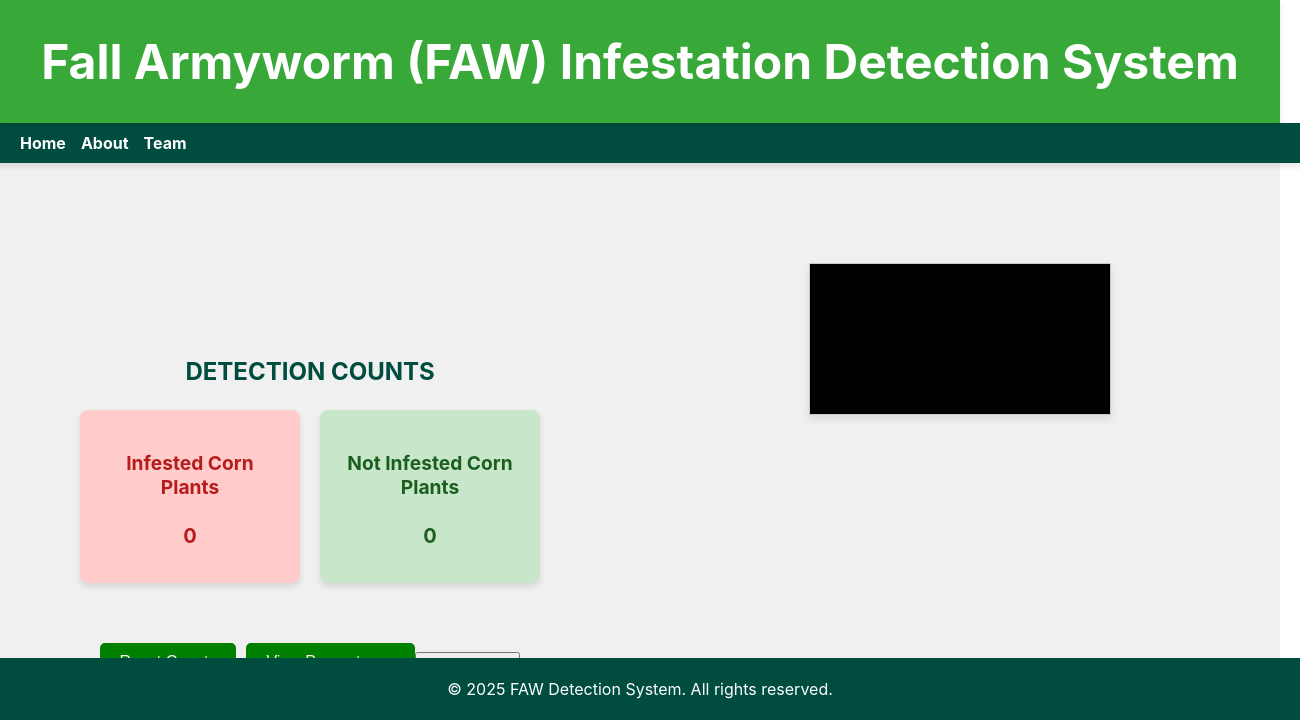
Repository: jansen223/faw-detection-main
Page: /
An editor plug-in stored every save of this project. The page is shown before and after the next save, followed by the edit.
The browser window is 1280 px wide. The page is 1300 px wide, so the pictures cover 1300 px, including what lies to the right of the window. The pictures show the whole page.
The page's requests for data from a server got no answer. The project was rebuilt for these pictures with package versions that can differ from the ones it lists, and the page was loaded fresh each time. No one was signed in, and anything a server would have sent is missing. Also part of the build but not shown: src/pages/About.css, src/pages/About.js, src/pages/Team.css, src/pages/Team.js, src/pages/Percentages.css, src/pages/Percentages.js, src/pages/Summary.css, src/pages/Summary.js.

Above is the page before, as saved 2025-04-10 16:12:27.

After the next save:
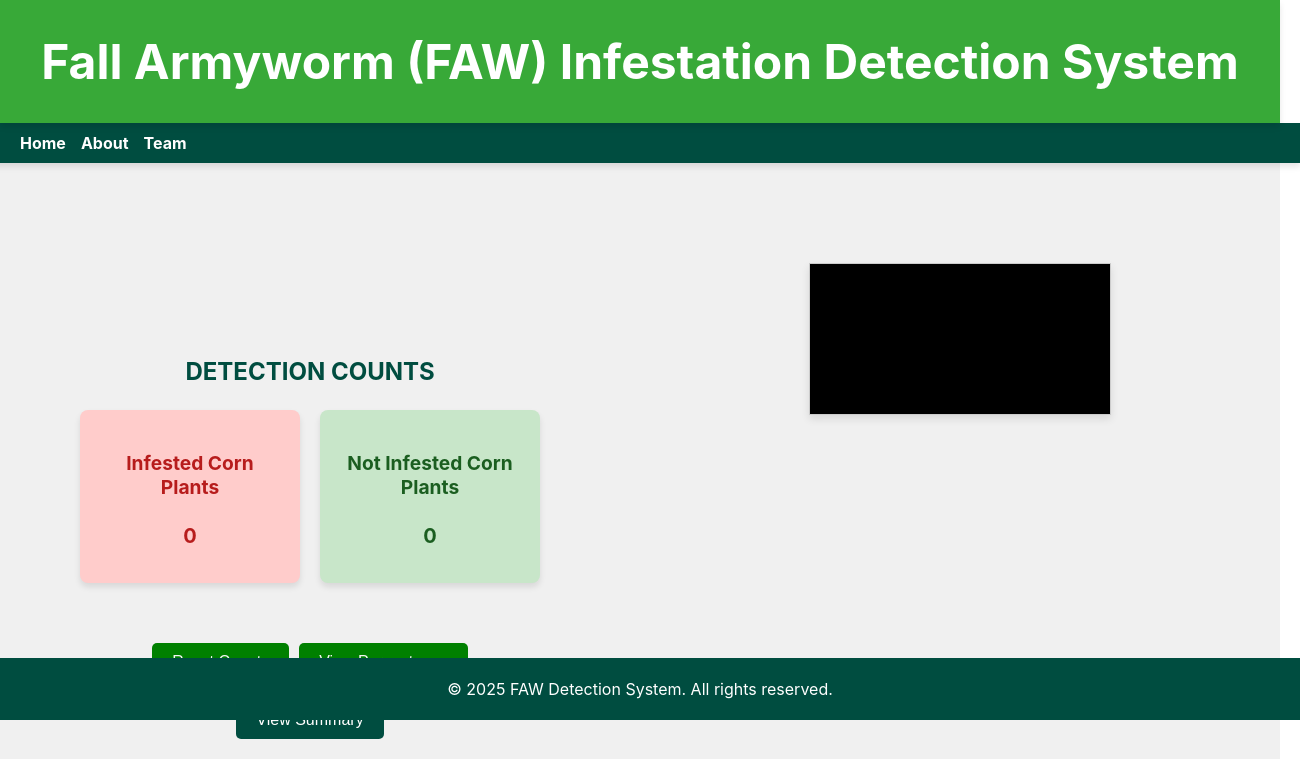
Saved 11 s later.
--- a/src/pages/Home.css
+++ b/src/pages/Home.css
@@ -108,3 +108,19 @@ canvas {
 .view-percentages-button:hover {
   background-color: darkgreen;
 }
+
+.view-summary-button {
+  margin-top: 20px;
+  padding: 10px 20px;
+  background-color: #004d40;
+  color: white;
+  border: none;
+  border-radius: 5px;
+  cursor: pointer;
+  font-size: 1rem;
+  transition: background-color 0.3s ease;
+}
+
+.view-summary-button:hover {
+  background-color: #00332e;
+}
